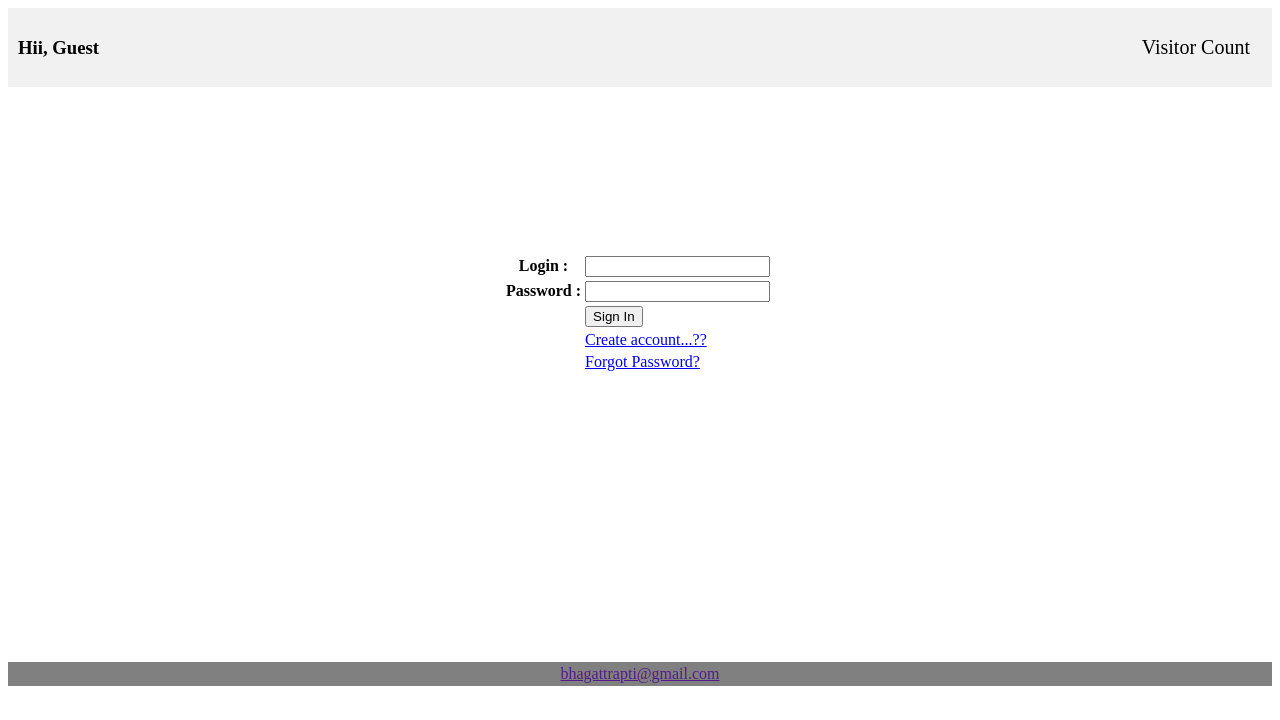
Repository: TraptiBhagat/AdvanceJava
Page: http://localhost/Proj_Maven/Welcome.do
These files come from the project's save history. The page is drawn as it stood at one moment and after the next save; the edit follows.
The browser window is 1280 px wide. The pictures show the whole page.
The page is served by Tomcat 9.

Above is the page before, as saved 2022-03-29 12:04:03.

After the next save:
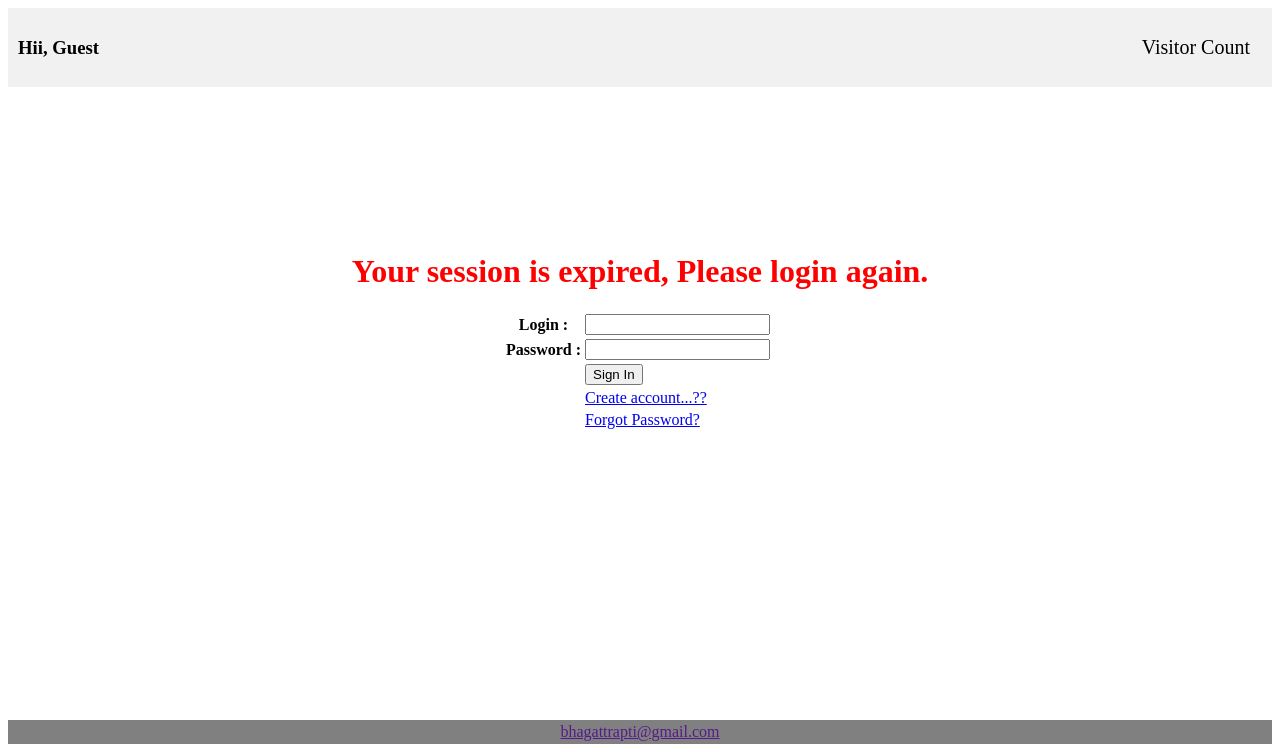
Saved 55 s later.
--- a/Proj_Maven/src/main/webapp/LoginView.jsp
+++ b/Proj_Maven/src/main/webapp/LoginView.jsp
@@ -28,7 +28,18 @@
 					}
 				%>
 			</h1>
+             <h1>
 
+				<%
+					String f = (String) request.getAttribute("error");
+					if (f != null) {
+				%>
+				<font color="red"><%=f%></font>
+
+				<%
+					}
+				%>
+			</h1>
 			<h1>
 
 				<%
